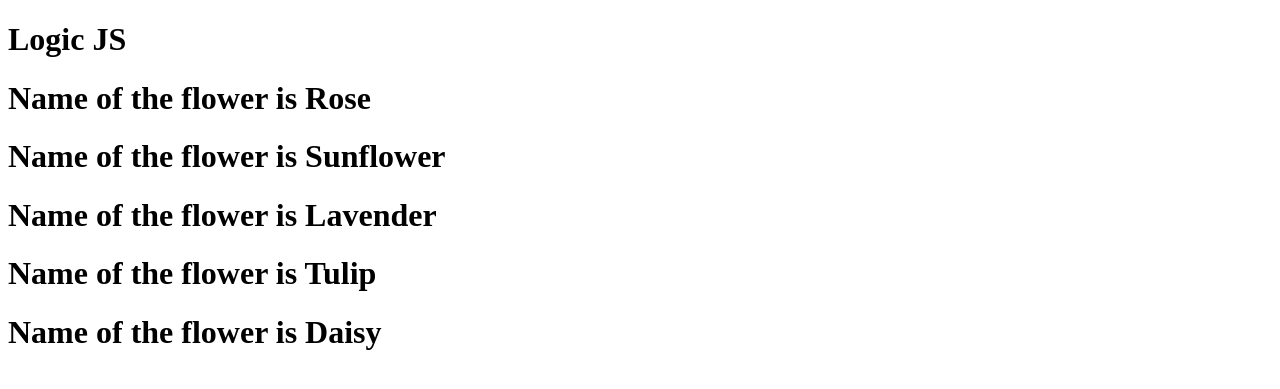
Repository: SharonSebastian32/food-search-filter-
Page: index.html
The author's editor kept a copy of each file at every save. The page is drawn from the files as they stood at one save, then again after a run of saves.
The browser window is 1280 px wide. The pictures show the whole page.

Above is the page before, as saved 2024-10-11 10:20:30.

### index.html
<!DOCTYPE html>
<html lang="en">
  <head>
    <meta charset="UTF-8" />
    <meta name="viewport" content="width=device-width, initial-scale=1.0" />
    <title>Document</title>
  </head>
  <body>
    <h1>Logic JS</h1>

     <div id="flowerDiv"></div>

    <script src="./index.js"></script>
  </body>
</html>

### index.js
var flowers = [
  { name: "Rose", color: "Red", type: "Perennial", price: 5.99 },
  { name: "Sunflower", color: "Yellow", type: "Annual", price: 3.99 },
  { name: "Lavender", color: "Purple", type: "Perennial", price: 4.5 },
  { name: "Tulip", color: "Pink", type: "Perennial", price: 2.99 },
  { name: "Daisy", color: "White", type: "Perennial", price: 3.5 },
];

const flowerContainer = document.getElementById("flowerDiv");
let clutter = "";

flowers.forEach(function (flv) {
  clutter += `<h1>Name of the flower is ${flv.name}</h1>
  `;
});

flowerContainer.innerHTML = clutter;

After the next 3 saves:
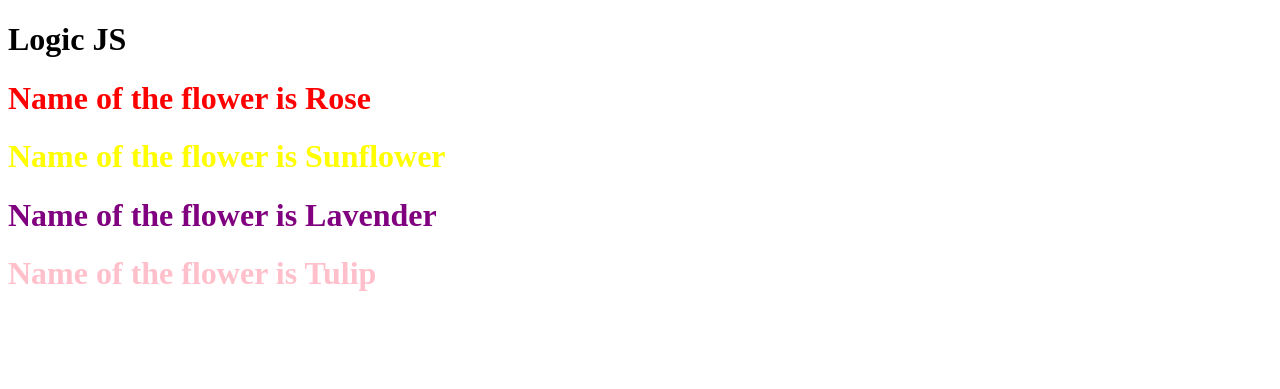
The 3 saves are shown as one change because they came seconds apart.
The last was saved 14 s later.
--- a/index.js
+++ b/index.js
@@ -10,7 +10,7 @@
 let clutter = "";
 
 flowers.forEach(function (flv) {
-  clutter += `<h1>Name of the flower is ${flv.name}</h1>
+  clutter += `<h1 style="color:${flv.color}">Name of the flower is ${flv.name}</h1>
   `;
 });
 

After the save that followed:
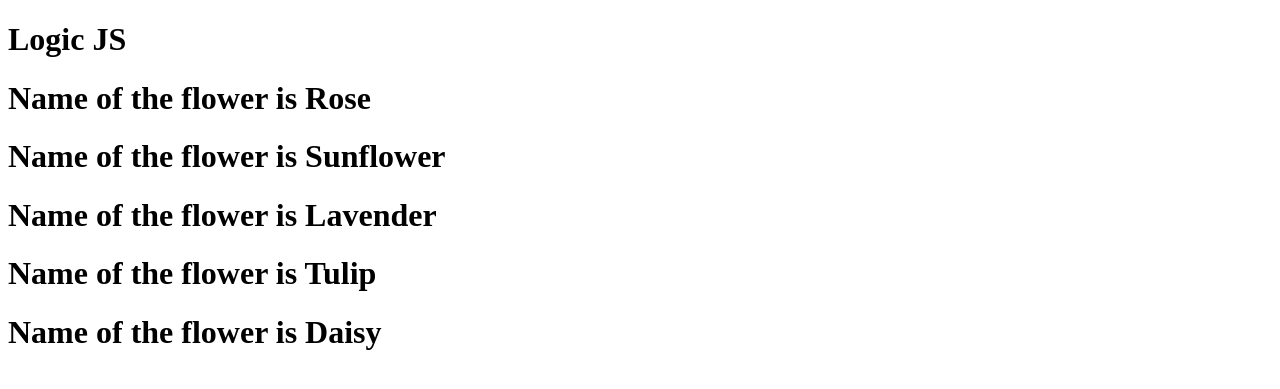
Saved 5 s later.
--- a/index.js
+++ b/index.js
@@ -10,7 +10,7 @@
 let clutter = "";
 
 flowers.forEach(function (flv) {
-  clutter += `<h1 style="color:${flv.color}">Name of the flower is ${flv.name}</h1>
+  clutter += `<h1 style="color:">Name of the flower is ${flv.name}</h1>
   `;
 });
 
